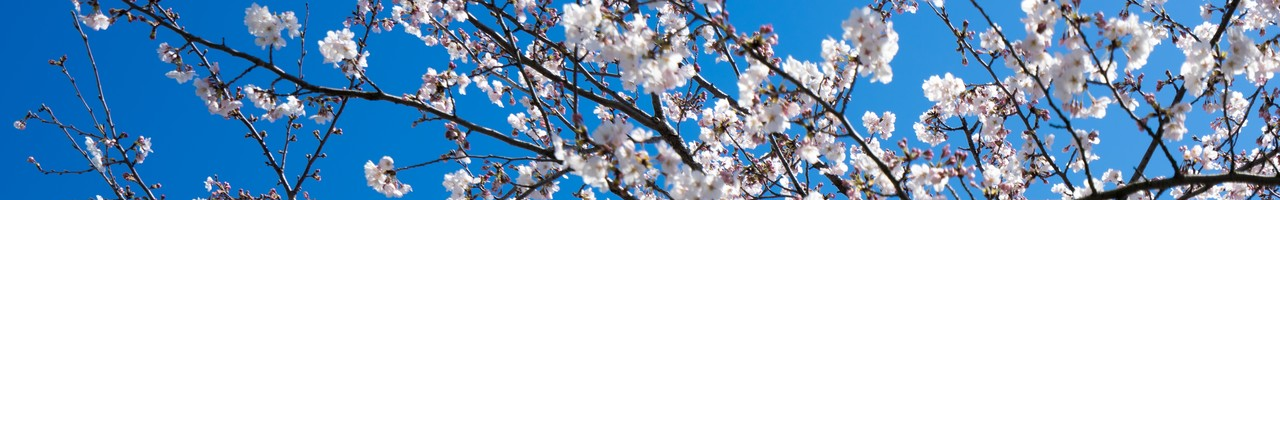
Repository: nonishi/1-6
Page: index.html
The author's editor kept a copy of each file at every save. The page is drawn from the files as they stood at one save, then again after a run of saves.
The browser window is 1280 px wide. The pictures show the whole page.

Above is the page before, as saved 2021-06-02 16:12:30.

After the next 4 saves:
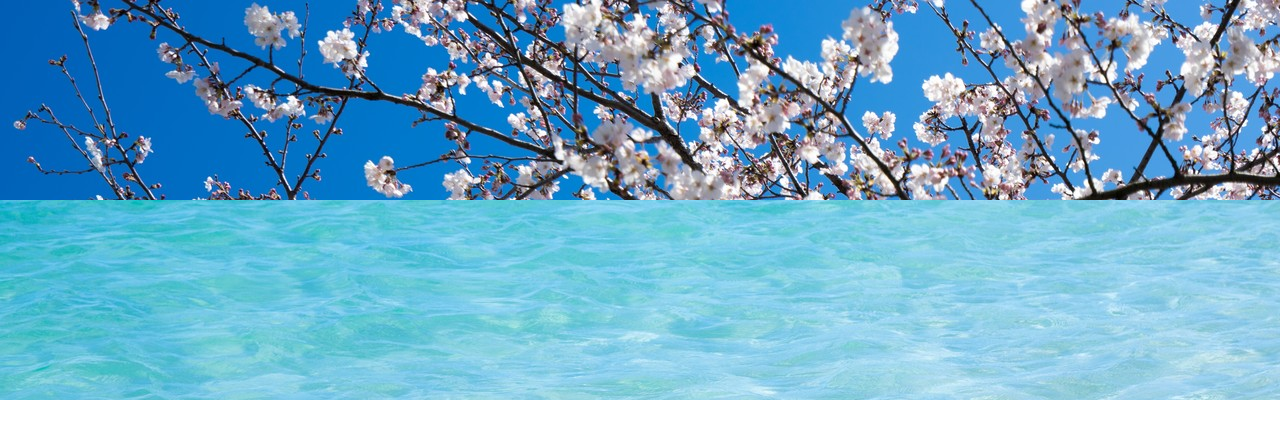
The 4 saves are shown as one change because they came seconds apart.
The last was saved 11 s later.
--- a/style.css
+++ b/style.css
@@ -11,5 +11,6 @@
 .summer{
   width: 100%;
   height: 200px;
-  background-image: url();
+  background-image: url(box2.jpg);
 }
+.
